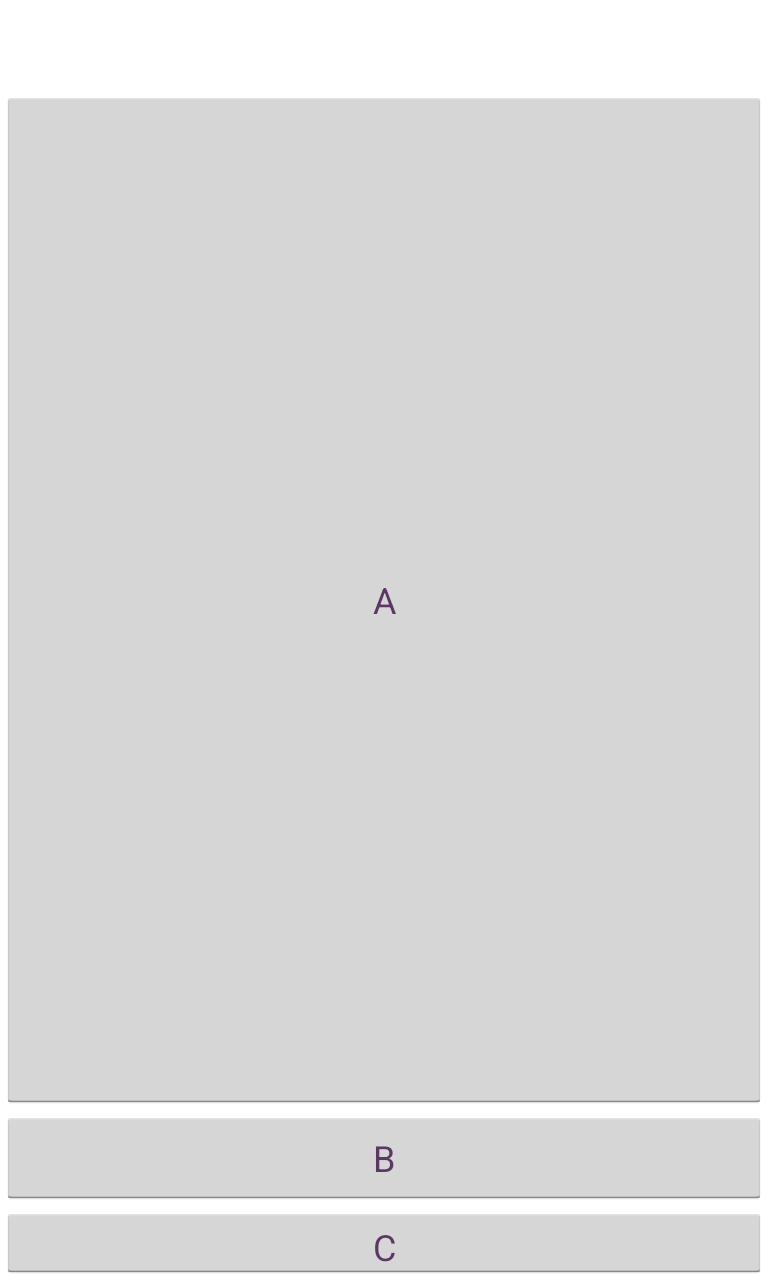
Repository: kurisutianmoscosa-zz/ojt
Layout: ANDROID DEVELOPMENT FILES - EASYABC/AndroidDev/EasyABC/res/layout/activity_second.xml
These files come from the project's save history. The layout is drawn as it stood at one moment and after the next save; the edit follows.
It is drawn on a 768 x 1280 px phone screen (xhdpi) without system bars, with theme AppTheme; the app's code is not run.

Above is the layout before, as saved 2013-05-01 16:50:34.

After the next save:
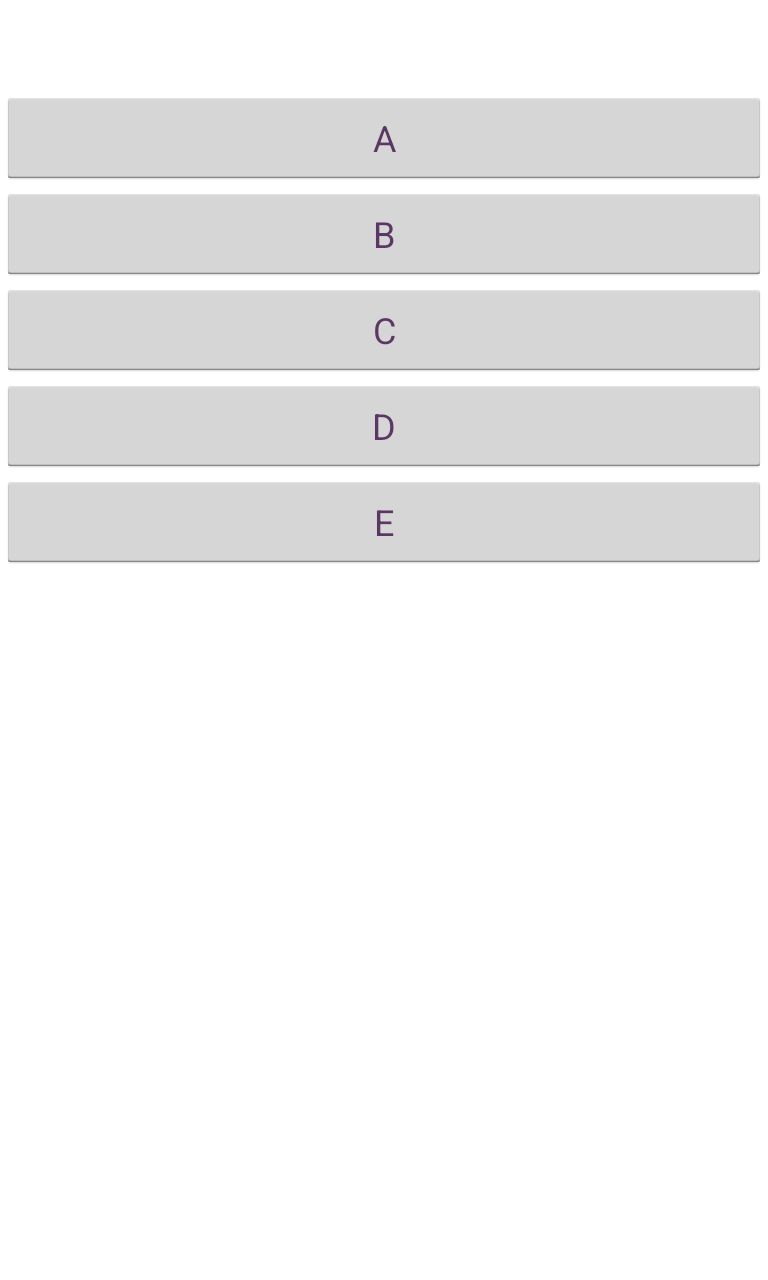
Saved 29 s later.
--- a/ANDROID DEVELOPMENT FILES - EASYABC/AndroidDev/EasyABC/res/layout/activity_second.xml
+++ b/ANDROID DEVELOPMENT FILES - EASYABC/AndroidDev/EasyABC/res/layout/activity_second.xml
@@ -7,7 +7,7 @@
     <Button
         android:id="@+id/alpha1"
         android:layout_width="fill_parent"
-        android:layout_height="510dp"
+        android:layout_height="wrap_content"
         android:layout_marginTop="45dp"
         android:onClick="a1"
         android:text="@string/alpha1"
